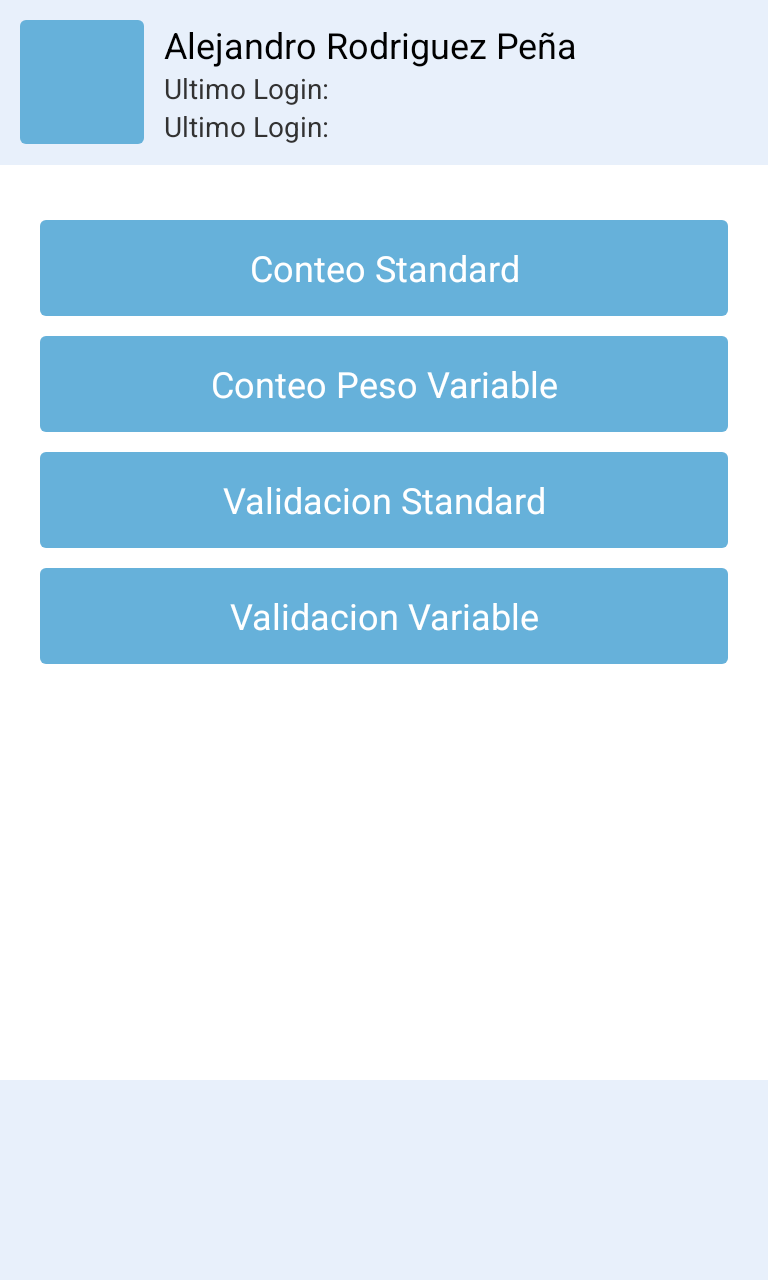
Repository: arodriguezp2003/aqandroid
Layout: BlueFlameWMS/res/layout/lmenu.xml
The author's editor kept a copy of each file at every save. The layout is drawn from the files as they stood at one save, then again after the next save.
It is drawn on a 768 x 1280 px phone screen (xhdpi) without system bars, with theme AppTheme; the app's code is not run.

Above is the layout before, as saved 2014-06-20 15:17:29.

After the next save:
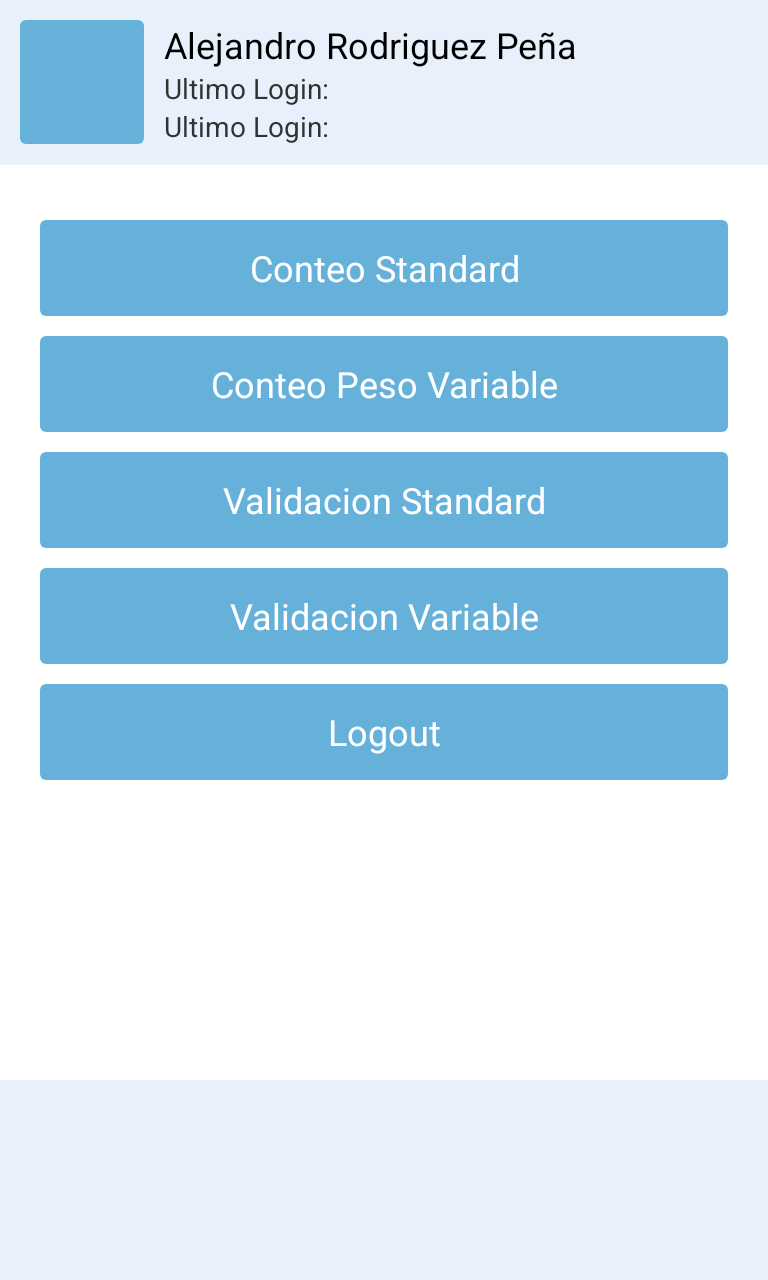
Saved 2 min 58 s later.
--- a/BlueFlameWMS/res/layout/lmenu.xml
+++ b/BlueFlameWMS/res/layout/lmenu.xml
@@ -116,6 +116,15 @@
 	    android:background="@drawable/btn"
 	    android:text="@string/btn_tare_conteo_pesoVAL"
 	    android:textColor="@drawable/text_btn" />
+
+	     <Button
+	    android:id="@+id/logout"
+	    android:layout_width="match_parent"
+	    android:layout_height="wrap_content"
+	    android:layout_marginTop="10dp"
+	    android:background="@drawable/btn"
+	    android:text="Logout"
+	    android:textColor="@drawable/text_btn" />
     </LinearLayout>
   </RelativeLayout>
 
